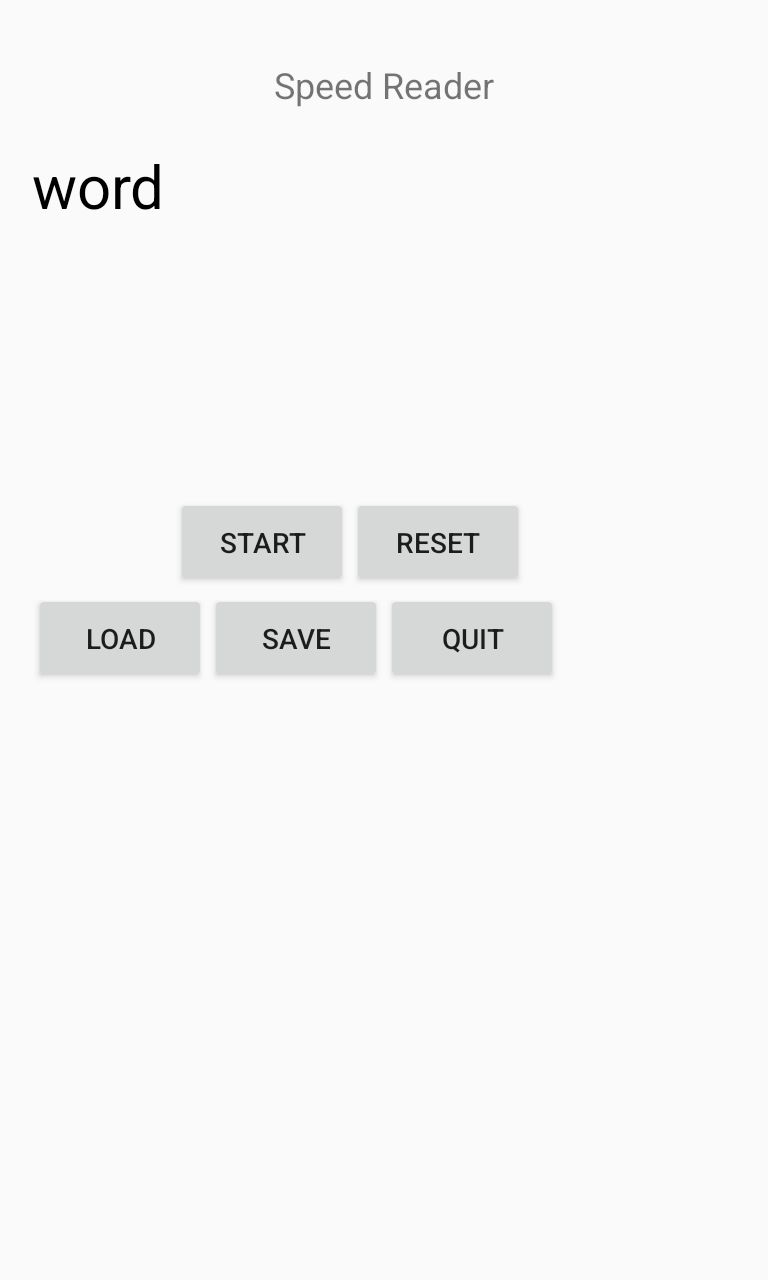
Repository: hdemby/workspace
Layout: Reader/res/layout/activity_main.xml
These files come from the project's save history. The layout is drawn as it stood at one moment and after the next save; the edit follows.
It is drawn on a 768 x 1280 px phone screen (xhdpi) without system bars, with theme AppTheme; the app's code is not run.

Above is the layout before, as saved 2014-12-04 04:42:11.

After the next save:
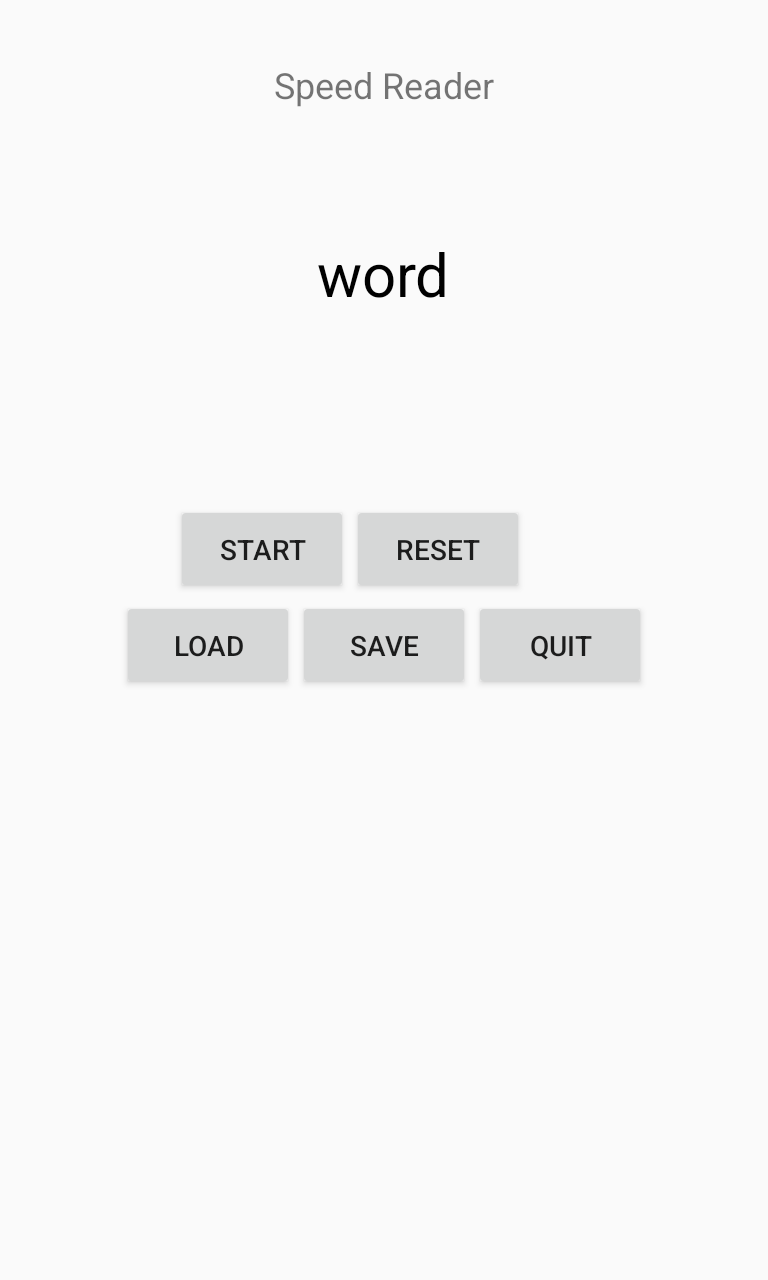
Saved 7 min 18 s later.
--- a/Reader/res/layout/activity_main.xml
+++ b/Reader/res/layout/activity_main.xml
@@ -25,23 +25,35 @@
         <requestFocus />
     </EditText>
 
+    <TextView
+        android:id="@+id/textView1"
+        android:layout_width="wrap_content"
+        android:layout_height="wrap_content"
+        android:layout_alignParentTop="true"
+        android:layout_centerHorizontal="true"
+        android:layout_marginTop="14dp"
+        android:contentDescription="@string/app_name"
+        android:text="@string/hello_world"
+        android:textSize="18sp" />
+
+    <TextView
+        android:id="@+id/textView2"
+        android:layout_width="wrap_content"
+        android:layout_height="wrap_content"
+        android:layout_alignTop="@+id/linearLayout1"
+        android:layout_centerHorizontal="true"
+        android:text="@string/display_text"
+        android:textColor="#ff000000"
+        android:textSize="30sp" />
+
     <LinearLayout
         android:id="@+id/linearLayout1"
         android:layout_width="wrap_content"
         android:layout_height="wrap_content"
-        android:layout_alignParentLeft="true"
-        android:layout_alignParentRight="true"
         android:layout_below="@+id/textView1"
-        android:layout_marginTop="18dp"
+        android:layout_centerHorizontal="true"
+        android:layout_marginTop="62dp"
         android:orientation="vertical" >
-
-        <TextView
-            android:id="@+id/textView2"
-            android:layout_width="wrap_content"
-            android:layout_height="wrap_content"
-            android:text="@string/display_text"
-            android:textColor="#ff000000"
-            android:textSize="30sp" />
 
         <LinearLayout
             android:id="@+id/linearLayout2"
@@ -95,15 +107,4 @@
         </LinearLayout>
     </LinearLayout>
 
-    <TextView
-        android:id="@+id/textView1"
-        android:layout_width="wrap_content"
-        android:layout_height="wrap_content"
-        android:layout_alignParentTop="true"
-        android:layout_centerHorizontal="true"
-        android:layout_marginTop="14dp"
-        android:contentDescription="@string/app_name"
-        android:text="@string/hello_world"
-        android:textSize="18sp" />
-
 </RelativeLayout>
